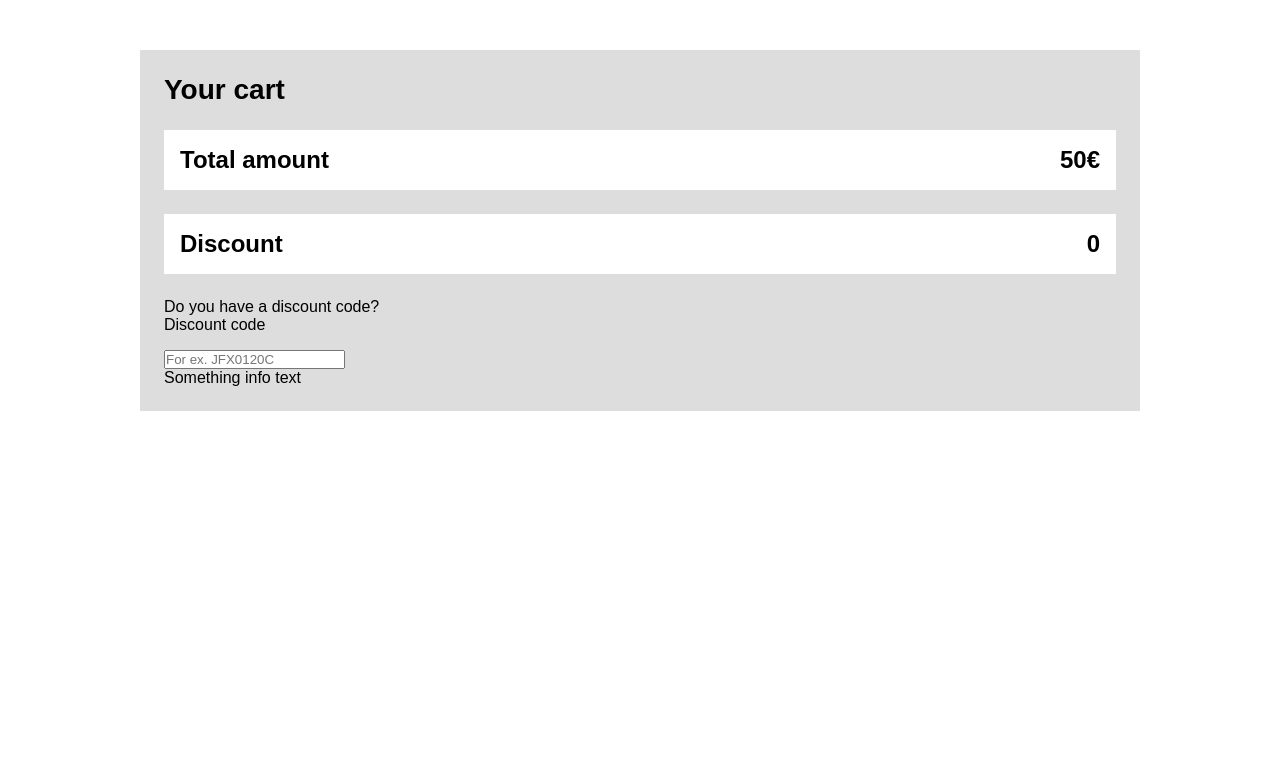
Repository: kcvijay/cart-discoutcodes
Page: /
The author's editor kept a copy of each file at every save. The page is drawn from the files as they stood at one save, then again after the next save.
The browser window is 1280 px wide. The pictures show the whole page.
The project was rebuilt for these pictures with package versions that can differ from the ones it lists, and the page was loaded fresh each time. Also part of the build but not shown: src/App.css.

Above is the page before, as saved 2023-05-17 11:31:13.

### public/index.html
<!DOCTYPE html>
<html lang="en">
  <head>
    <meta charset="utf-8" />
    <link rel="icon" href="%PUBLIC_URL%/favicon.ico" />
    <meta name="viewport" content="width=device-width, initial-scale=1" />
    <meta name="theme-color" content="#000000" />
    <meta
      name="description"
      content="Discount Codes searching, fetching and enabling for the cart system."
    />
    <link rel="apple-touch-icon" href="%PUBLIC_URL%/logo192.png" />
    <link rel="manifest" href="%PUBLIC_URL%/manifest.json" />
    <title>Discount Codes for Cart</title>
  </head>
  <body>
    <noscript>You need to enable JavaScript to run this app.</noscript>
    <div id="root"></div>

  </body>
</html>

### src/index.css
* {
  margin: 0;
  padding: 0;
  box-sizing: border-box;
  scroll-behavior: smooth;
}

body {
  max-width: 100vw;
  min-height: 100vh;
  font-family: Arial, Helvetica, sans-serif;
}

.main-wrapper {
  max-width: 1000px;
  min-height: auto;
  background-color: #ddd;
  margin: 50px auto;
  padding: 1.5rem;
}

.content-header {
  font-size: 1.75rem;
  margin-bottom: 1.5rem;
}

.detail-block {
  display: flex;
  justify-content: space-between;
  padding: 1rem;
  background: #fff;
  margin-bottom: 1.5rem;
}
/****/
/****/

form label {
  display: block;
  margin-bottom: 1rem;
}

### src/App.tsx
import React from "react";
import "./App.css";
import CartInput from "./CartInput";

function App() {
  return (
    <div className="App">
      <CartInput />
    </div>
  );
}

export default App;

### src/CartInput.tsx
import React from "react";

const CartInput = () => {
  return (
    <div className="main-wrapper">
      <h2 className="content-header">Your cart</h2>
      <div className="detail-block">
        <h2>Total amount</h2>
        <h2>{"50€"}</h2>
      </div>
      <div className="detail-block">
        <h2>Discount</h2>
        <h2>{"0"}</h2>
      </div>
      <p>Do you have a discount code?</p>
      <form>
        <label htmlFor="discountCode">Discount code</label>
        <input
          type="text"
          name="discountCode"
          id="discountCode"
          placeholder="For ex. JFX0120C"
        />
      </form>
      <p className="info-text">Something info text</p>
    </div>
  );
};

export default CartInput;

Loaded but not shown: src/index.tsx (common file); src/reportWebVitals.ts (common file)

After the next save:
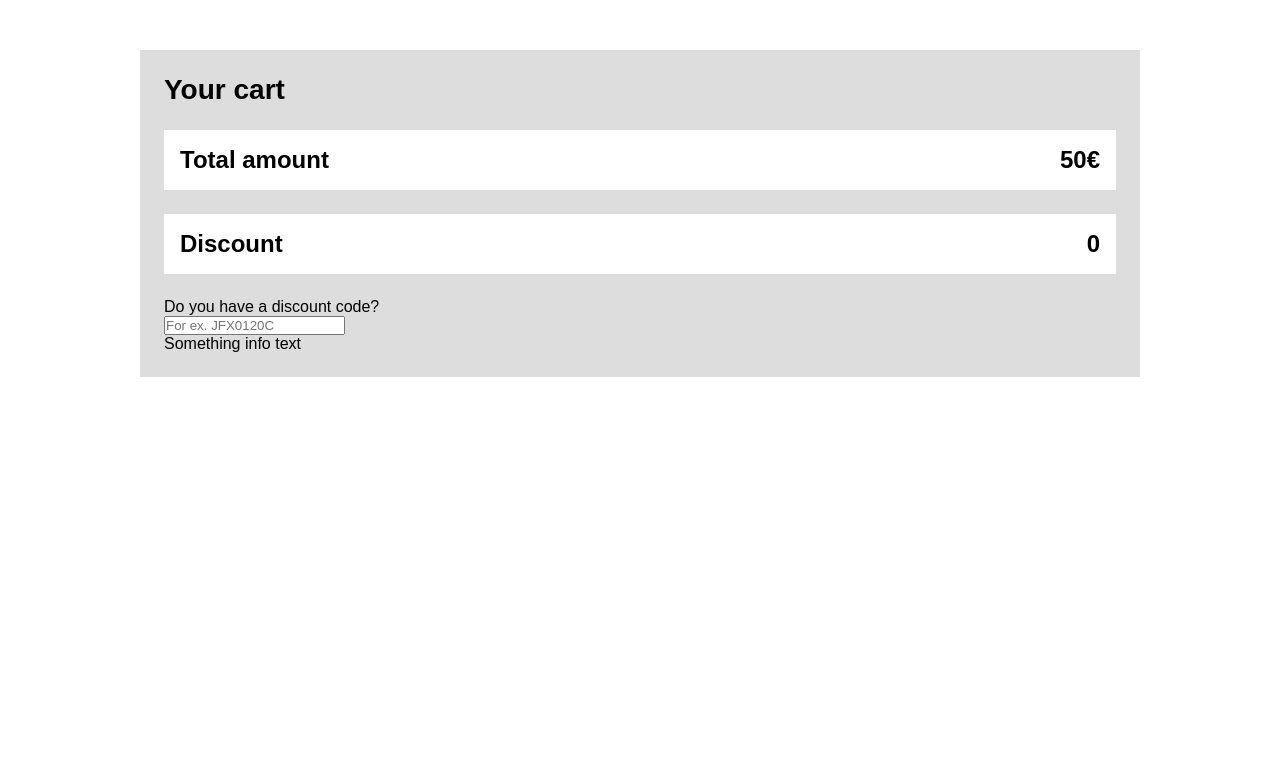
Saved 8 s later.
--- a/src/CartInput.tsx
+++ b/src/CartInput.tsx
@@ -14,7 +14,6 @@ const CartInput = () => {
       </div>
       <p>Do you have a discount code?</p>
       <form>
-        <label htmlFor="discountCode">Discount code</label>
         <input
           type="text"
           name="discountCode"
